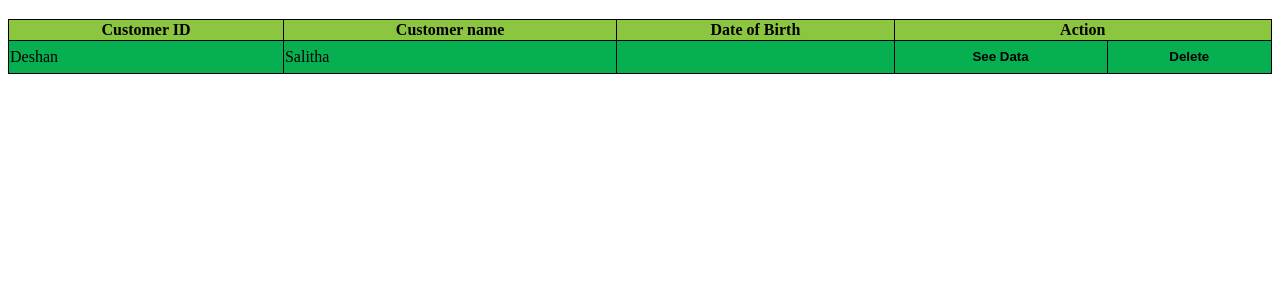
Repository: developerks611/loanweb
Page: http://localhost/loan-web/viewcustomers.jsp
These files come from the project's save history. The page is drawn as it stood at one moment and after the next save; the edit follows.
The browser window is 1280 px wide. The pictures show the whole page.
The page is served by Tomcat 9. Other server files are loaded and not shown.

Above is the page before, as saved 2023-03-10 10:34:43.

### loan-web/src/main/webapp/viewcustomers.jsp
<%@ page language="java" contentType="text/html; charset=ISO-8859-1"
    pageEncoding="ISO-8859-1" isELIgnored="false"%>
 <%@ taglib prefix = "c" uri = "http://java.sun.com/jsp/jstl/core" %>
<!DOCTYPE html>
<html>
<head>
<meta charset="ISO-8859-1">
<title>View Brad</title>
<style>
table, td, th {
  border: 1px solid;
  border-collapse: collapse;
}

table {
  width: 100%;
  border-collapse: collapse;
}
th{
background-color:#8CC640;

}
td{

background-color:#06B051;
}

.btn{
	width:100%;
	height:30px;
	font-weight:bold;
	background-color:#06B051;
	border-style: none;
}
</style>
</head>
<body>
<h3 style="color:blue; text-align:left;">${msg }</h3>
 <table>
  <tr>
    <th>Customer ID</th>
    <th>Customer name</th>
    <th>Date of Birth</th>

    <th colspan="2">Action</th>
  </tr>

  <tr>
  	<td>Deshan</td>
  	<td>Salitha</td>
  	<td></td>
  	<td>


  	<button type="submit" class="btn">See Data</button>

  	</td>
  	<td><button type="submit" class="btn">Delete</button></td>

  </tr>

  </table>
</body>
</html>

After the next save:
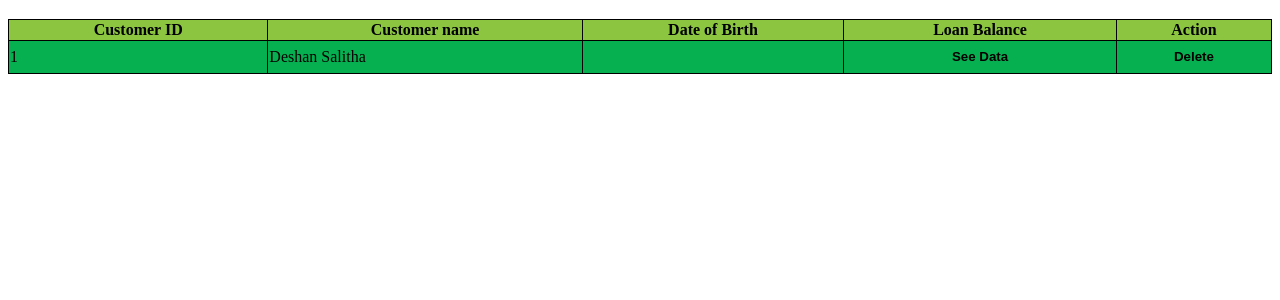
Saved 2 min 43 s later.
--- a/loan-web/src/main/webapp/viewcustomers.jsp
+++ b/loan-web/src/main/webapp/viewcustomers.jsp
@@ -41,13 +41,13 @@ background-color:#06B051;
     <th>Customer ID</th>
     <th>Customer name</th>
     <th>Date of Birth</th>
-
+     <th>Loan Balance</th>
     <th colspan="2">Action</th>
   </tr>
 
   <tr>
-  	<td>Deshan</td>
-  	<td>Salitha</td>
+  	<td>1</td>
+  	<td>Deshan Salitha</td>
   	<td></td>
   	<td>
 
